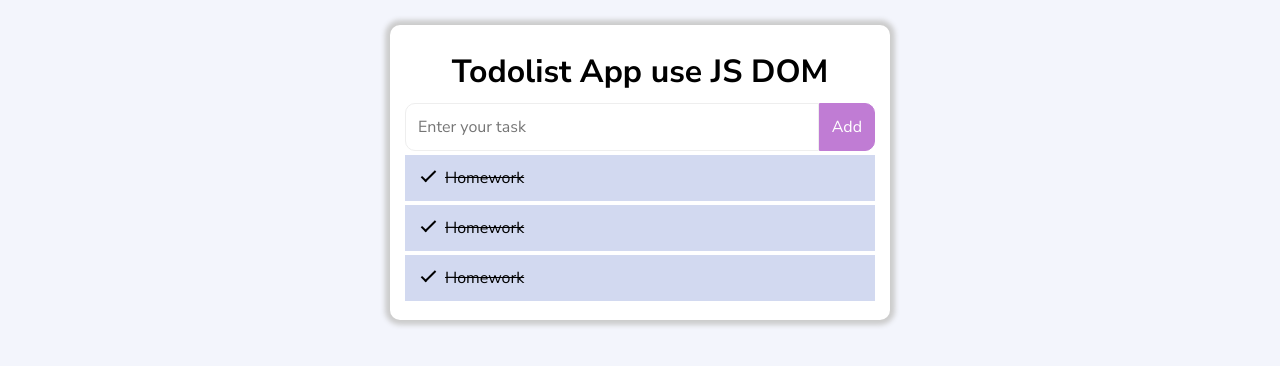
Repository: anhquan74-dev/todolist_app
Page: index.html
These files come from the project's save history. The page is drawn as it stood at one moment and after a run of saves; the edit follows.
The browser window is 1280 px wide. The pictures show the whole page.
Some web libraries are served in a nearby version.

Above is the page before, as saved 2022-07-21 16:22:44.

### index.html
<!DOCTYPE html>
<html lang="en">
  <head>
    <meta charset="UTF-8" />
    <meta http-equiv="X-UA-Compatible" content="IE=edge" />
    <meta name="viewport" content="width=device-width, initial-scale=1.0" />
    <title>TodoList Web Application</title>
    <link rel="stylesheet" href="style.css" />
    <link
      rel="stylesheet"
      href="https://cdnjs.cloudflare.com/ajax/libs/font-awesome/6.1.1/css/all.min.css"
      integrity="sha512-KfkfwYDsLkIlwQp6LFnl8zNdLGxu9YAA1QvwINks4PhcElQSvqcyVLLD9aMhXd13uQjoXtEKNosOWaZqXgel0g=="
      crossorigin="anonymous"
      referrerpolicy="no-referrer"
    />
  </head>
  <body>
    <div class="todo-app">
      <h1>Todolist App use JS DOM</h1>
      <div class="form-control">
        <input id="input-text" type="text" placeholder="Enter your task" />
        <button class="add-btn">Add</button>
      </div>
      <ul id="list-item">
        <li class="item checked">
          Homework
          <span class="close-btn">Edit</span>
          <span class="close-btn">Delete</span>
        </li>
        <li class="item checked">
          Homework
          <span class="close-btn"><i class="fa-solid fa-pen-to-square"></i></i></span>
          <span class="close-btn"><i class="fa-solid fa-trash-can"></i></span>
        </li>
        <li class="item checked">
          Homework
          <span class="close-btn"><i class="fa-solid fa-pen-to-square"></i></i></span>
          <span class="close-btn"><i class="fa-solid fa-trash-can"></i></span>
        </li>
      </ul>
    </div>
    <script src="main.js"></script>
  </body>
</html>

### style.css
@import url('https://fonts.googleapis.com/css2?family=Nunito+Sans:ital,wght@0,300;0,400;0,600;0,700;0,800;0,900;1,300;1,400;1,600;1,700;1,800;1,900&display=swap');

*, *::after, *::before {
    margin: 0;
    padding: 0;
    box-sizing: border-box;
}
button, input,
body {
    font-family: 'Nunito Sans', sans-serif;
    background-color: #f3f5fc;
}

input {
    background-color: white;
}

.todo-app {
    background-color: white;
    max-width: 500px;
    margin: 25px auto;
    border-radius: 10px;
    padding: 15px;
    box-shadow: 0px 0px 5px 5px #ccc;
}

h1 {
    text-align: center;
    margin: 10px;
}

.form-control {
    display: flex;
    align-items: center;
}

#input-text {
    font-size: 16px;
    padding: 12px;
    width: 100%;
    outline: none;
    border: 1px solid #eee;
    border-radius: 10px 0px 0px 10px;
}

.add-btn {
    font-size: 16px;
    padding: 12px;
    outline: none;
    border: 1px solid #c07cd4;
    border-radius: 0px 10px 10px 0px;
    cursor: pointer;
    background-color: #c07cd4;
    color: white;
}

.add-btn:hover {
    background-color: #a13bc0;
    border: 1px solid #a13bc0;
}

.list-item {
    list-style-type:none;
    margin-top: 20px;
}

.item {
    padding: 12px 12px 12px 40px;
    background-color: #f3f5fc;
    margin:4px 0;
    position: relative;
    overflow: hidden;
    cursor: pointer;
}

.item span {
    padding: 12px 16px;
    color: white;
    display: block;
    background-color: #fa383e;
    position: absolute;
    top: 0;
    left: 100%;
    opacity: 1;
    transition: all 0.2s ease-in-out;
    cursor: pointer;
}

.item:hover  span{
    opacity: 1;
    transform: translateX(-100%);
}

.item span:hover {
    background-color: rgba(216, 29, 29, 0.795);
}

li.checked {
    background-color: #d2d9f0;
    text-decoration: line-through;
}

ul li.checked::before {
    content: '';
    position: absolute;
    border-color: black;
    border-style: solid;
    border-width: 0 2px 2px 0;
    top: 12px;
    left: 20px;
    transform: rotate(45deg);
    height: 15px;
    width: 7px;
  }

### main.js
var list = document.querySelector("ul");
list.addEventListener("click", function (ev) {
  if (ev.target.nodeName === "LI") {
    ev.target.classList.toggle("checked");
  }
});

var close = document.getElementsByClassName("close-btn");
var i;
for (i = 0; i < close.length; i++) {
  close[i].onclick = function () {
    var div = this.parentElement;
    div.style.display = "none";
  };
}
//
function newElement() {
  var li = document.createElement("li");
  var inputValue = document.getElementById("input-text").value;
  var t = document.createTextNode(inputValue);
  li.appendChild(t);
  li.className = "item";
  if (inputValue === "") {
    alert("You must write something!");
  } else {
    document.getElementById("list-item").appendChild(li);
  }
  document.getElementById("input-text").value = "";

  var span = document.createElement("SPAN");
  span.className = "close-btn";
  span.innerHTML = '<i class="fa-solid fa-trash-can">';
  li.appendChild(span);

  for (i = 0; i < close.length; i++) {
    close[i].onclick = function () {
      var div = this.parentElement;
      div.style.display = "none";
    };
  }
}

After the next 2 saves:
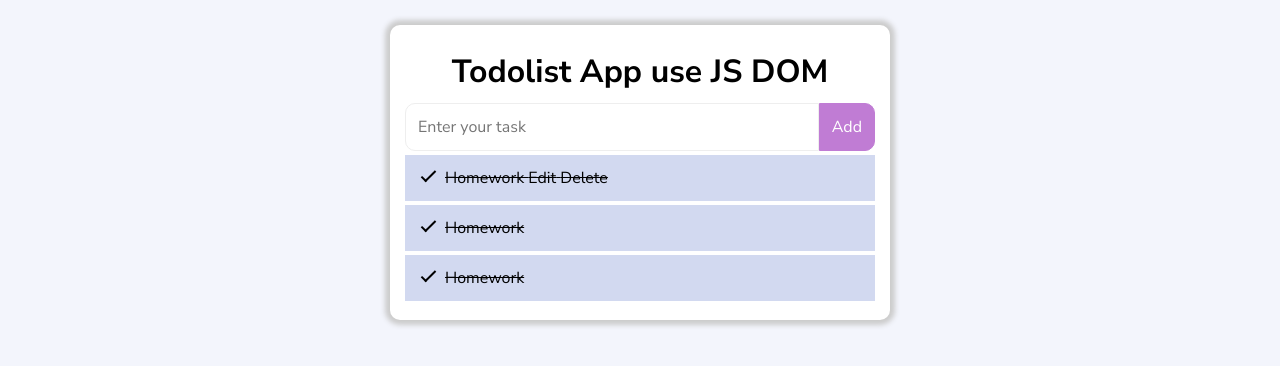
The 2 saves are shown as one change because they came seconds apart.
The last was saved 9 s later.
--- a/index.html
+++ b/index.html
@@ -24,8 +24,8 @@
       <ul id="list-item">
         <li class="item checked">
           Homework
-          <span class="close-btn">Edit</span>
-          <span class="close-btn">Delete</span>
+          <a class="close-btn">Edit</a>
+          <a class="close-btn">Delete</a>
         </li>
         <li class="item checked">
           Homework
